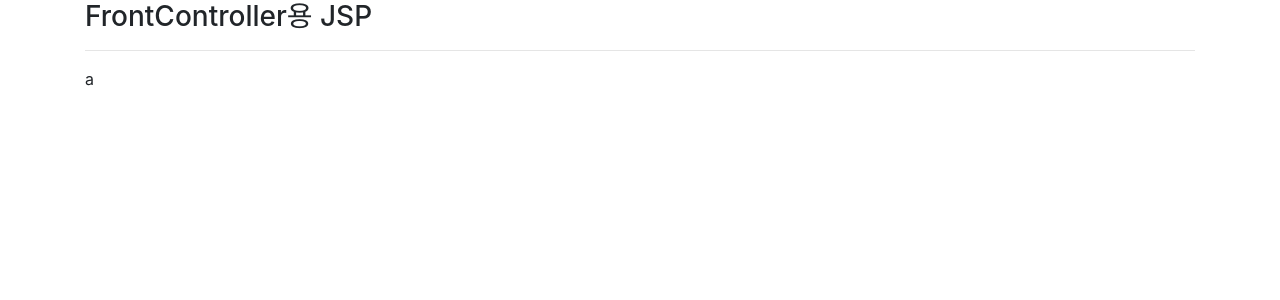
Repository: rasz60/ezen
Page: http://localhost/jsp_servlet_22_ex01/frontCon.jsp
These files come from the project's save history. The page is drawn as it stood at one moment and after the next save; the edit follows.
The browser window is 1280 px wide. The pictures show the whole page.
Some web libraries are served in a nearby version. The page is served by Tomcat 9.

Above is the page before, as saved 2022-02-14 03:03:31.

After the next save:
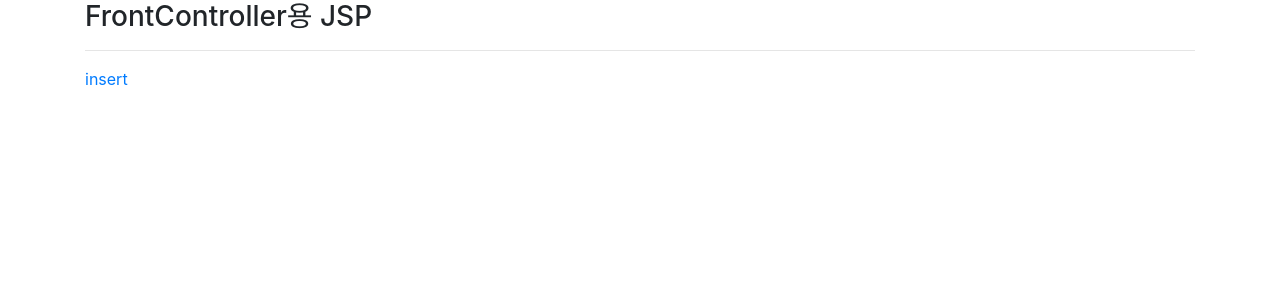
Saved 17 s later.
--- a/04_jsp_servlet-workspace/jsp_servlet_22_ex01/src/main/webapp/frontCon.jsp
+++ b/04_jsp_servlet-workspace/jsp_servlet_22_ex01/src/main/webapp/frontCon.jsp
@@ -26,7 +26,7 @@
 	<h3>FrontController용 JSP</h3>
 	<hr />
 
-	a <href="insert.do"></href>
+	<a href="insert.do">insert</a>
 </div>
 </body>
 </html>
